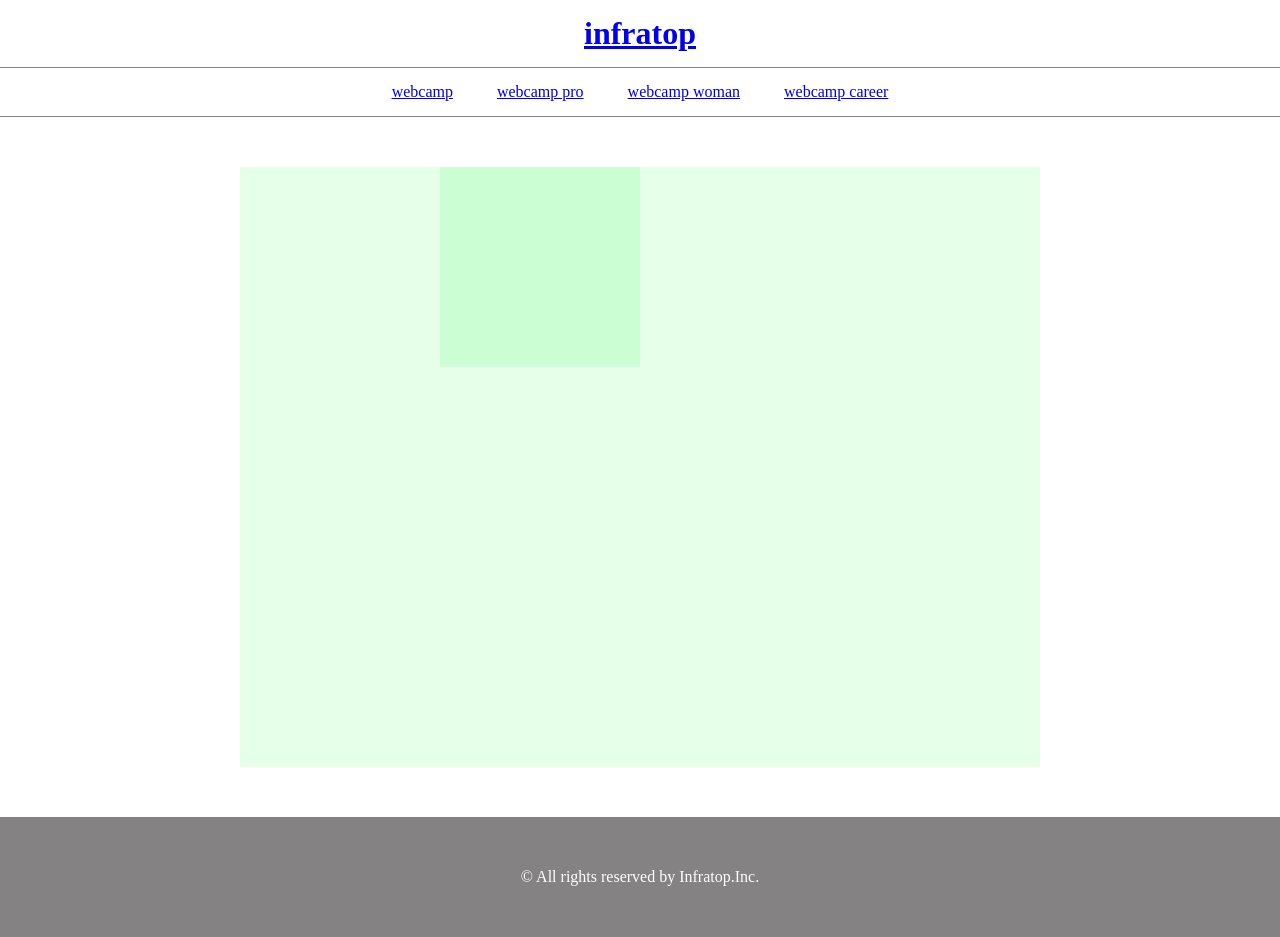
Repository: Nao002/practice
Page: html-practice5/index.html
The author's editor kept a record of every edit. The page is drawn from the files as they stood at one moment, then again after the next edit.
The browser window is 1280 px wide. The pictures show the whole page.

Above is the page before.

### html-practice5/index.html
<!DOCTYPE html>
<html lang="ja">
  <head>
    <meta charset="UTF-8" />
    <!-- CSSファイルの読み込み -->
    <link rel="stylesheet" href="style.css" />
    <title>infratop</title>
  </head>

  <body>
    <!-- header -->
    <header>
      <h1 class="heading">
        <a href="index.html">
          infratop
        </a>
      </h1>
    </header>

     <!-- navigation -->
    <nav>
      <ul class="nav-list">
        <li class="nav-list-item">
          <a href="index.html">webcamp</a>
        </li>
        <li class="nav-list-item">
          <a href="index.html">webcamp pro</a>
        </li>
        <li class="nav-list-item">
          <a href="index.html">webcamp woman</a>
        </li>
        </li>
        <li class="nav-list-item">
          <a href="index.html">webcamp career</a>
        </li>
      </ul>
    </nav>

    <!-- main-visual用のdiv -->
    <div class="main-visual">
      <div class="main-visual-content">
        <div class="main-visual-color color1"></div>
        <div class="main-visual-color color2"></div>
        <div class="main-visual-color color3"></div>
        <div class="main-visual-color color4"></div>
        <div class="main-visual-color color5"></div>
        <div class="main-visual-color color6"></div>
        <div class="main-visual-color color7"></div>
        <div class="main-visual-color color8"></div>
        <div class="main-visual-color color9"></div>
        <div class="main-visual-color color10"></div>
        <div class="main-visual-color color12"></div>
        <div class="main-visual-color color12"></div>
      </div>
    </div>

    <!-- footer -->
    <footer>
      <p class="footer-text">© All rights reserved by Infratop.Inc.</p>
    </footer>

  </body>
</html>

### html-practice5/style.css
/* ブラウザがそれぞれ持っているCSSをリセットするための記述 */
* {
  margin: 0;
  padding: 0;
  box-sizing: border-box;
}

header {
  width: 90%;
  padding: 15px 0;
  margin: 0 auto;
  text-align: center;
}

header .heading { /* headerタグ内のheadingクラスにのみ反映される */
  font-size: 32px;
}

.nav-list {
  text-align: center;
  padding: 15px 0;
  margin: 0 auto;
  border-top: 1px solid #848282;
  border-bottom: 1px solid #848282;
}

.nav-list-item {
  list-style: none;
  display: inline-block;
  margin: 0 20px;
}

.main-visual {
  width: 100%; /* 横幅いっぱい */
  height: 650px; /* 高さ300px */
}

.main-visual-content {
  width: 800px; /* 横幅350px */
  height: 300px; /* 親の高さに揃える */
  flex-wrap: wrap;
  margin: 50px auto;
  font-size: 0;
}

.main-visual-color{
  display: inline-block;
  width: 200px;
  height: 200px;
  background-color: #FF0000;
  font-size: 0;
}

.color1{
  background-color: #e6ffe9;
}

.color2{
  background-color: #cbffd3;
}

.color3{
  background-color: #e6ffe9
}

.color4{
  background-color: #e6ffe9
}

.color5{
  background-color: #e6ffe9
}

.color6{
  background-color: #e6ffe9
}
.color7{
  background-color: #e6ffe9
}

.color8{
  background-color: #e6ffe9
}

.color9{
  background-color: #e6ffe9
}

.color10{
  background-color: #e6ffe9
}

.color11{
  background-color: #e6ffe9
}

.color12{
  background-color: #e6ffe9
}


footer {
  width: 100%;
  height: 120px;
  text-align: center;
  line-height: 120px;
  background-color: #848282;
}

.footer-text {
  color: #fff;
}

After the next edit:
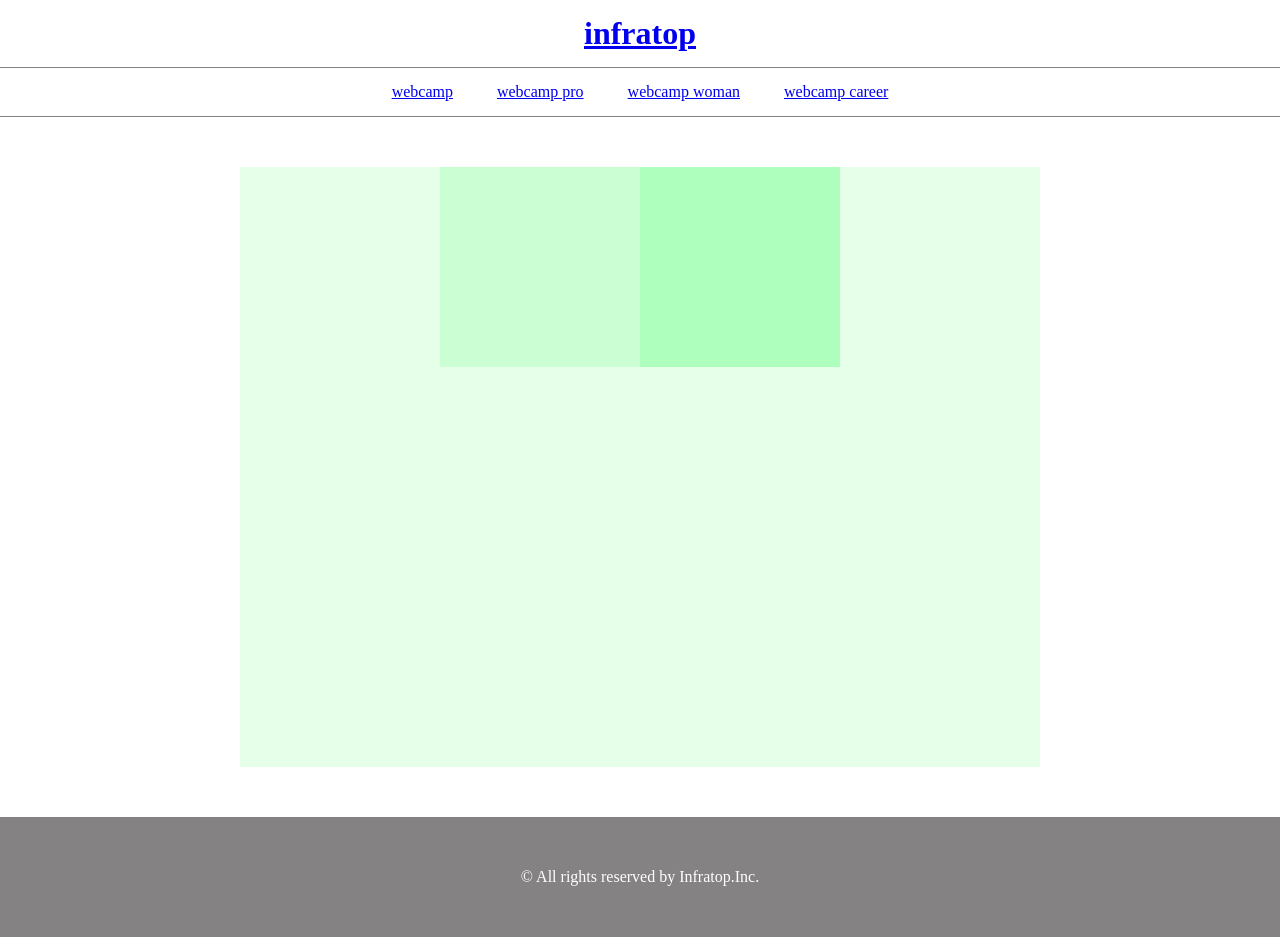
The edit:
--- a/html-practice5/style.css
+++ b/html-practice5/style.css
@@ -60,7 +60,7 @@
 }
 
 .color3{
-  background-color: #e6ffe9
+  background-color: #aeffbd;
 }
 
 .color4{
